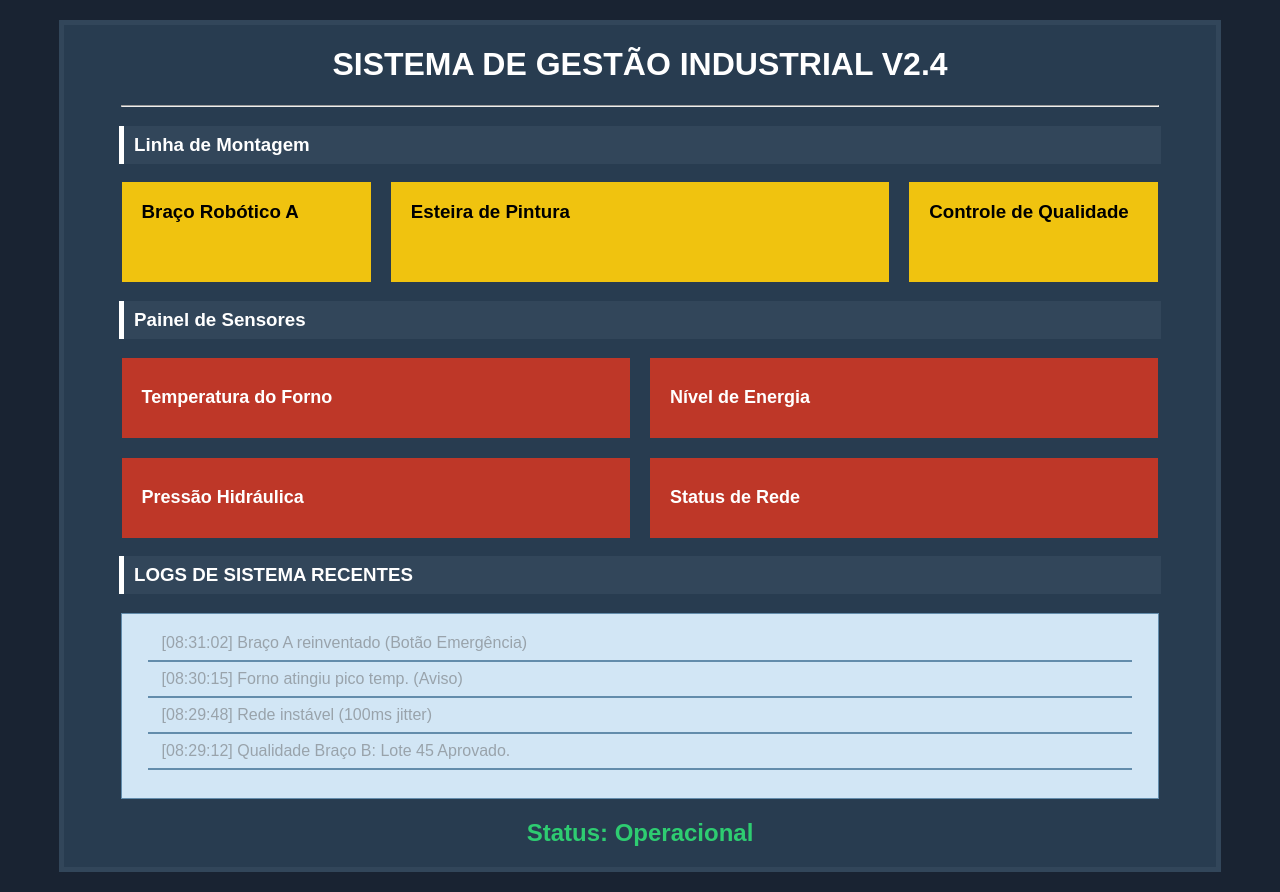
Repository: DanielEDapper/Front-WEG
Page: ProfeIgor/Aula5 - Dashboard Industrial/index.html
These files come from the project's save history. The page is drawn as it stood at one moment and after a run of saves; the edit follows.
The browser window is 1280 px wide. The pictures show the whole page.
Some icons come from a web library that is not loaded, so they are not drawn.

Above is the page before, as saved 2026-05-29 20:10:11.

After the next 3 saves:
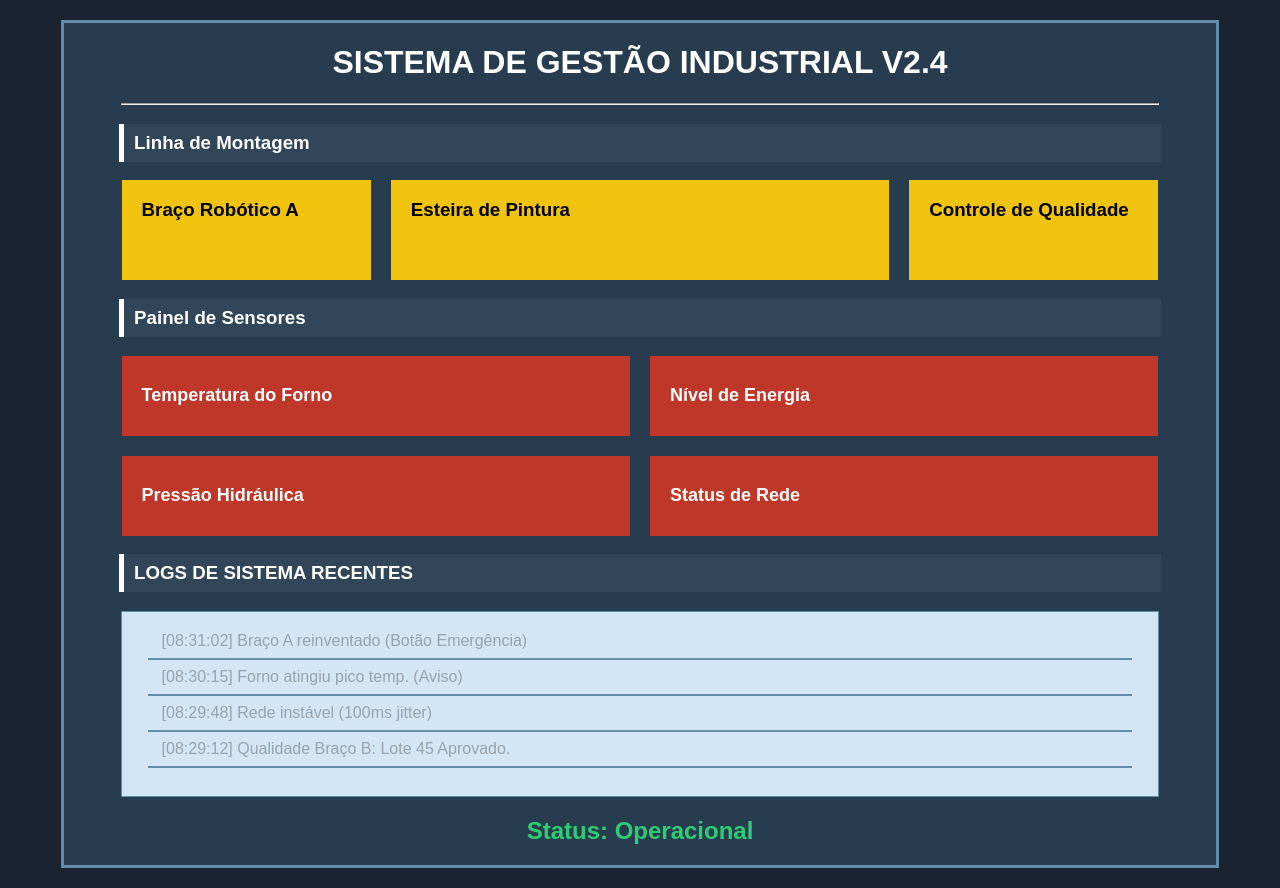
The 3 saves are shown as one change because they came seconds apart.
The last was saved 9 s later.
--- a/ProfeIgor/Aula5 - Dashboard Industrial/style.css
+++ b/ProfeIgor/Aula5 - Dashboard Industrial/style.css
@@ -26,7 +26,7 @@ body{
     height: 90%;
     width: 90%;
     background-color: var(--bg-main);
-    border: 5px solid var(--bg-panel);
+    border: 3px solid var(--accent-blue);
     margin: 20px;
     justify-self: center;
 }
